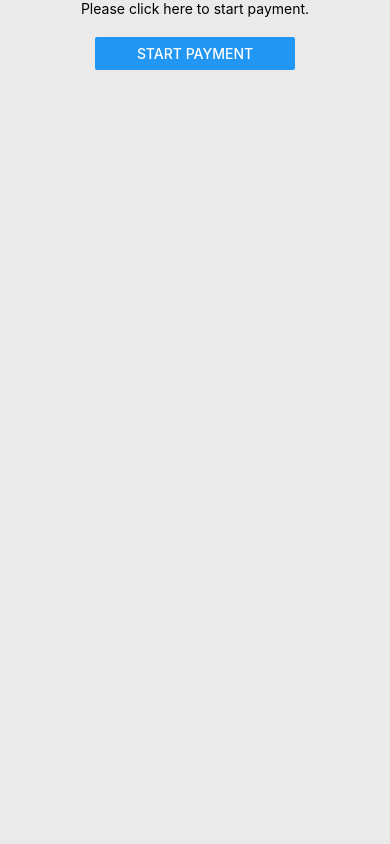
Repository: cashfree/pg-platform-custom-checkout
Screen: / (app in ReactNativeCustomCheckout/)
The author's editor kept a copy of each file at every save. The screen is drawn from the files as they stood at one save, then again after the next save.
The app was drawn by React Native's web renderer in a window 390 px wide. The project was rebuilt for these pictures with package versions that can differ from the ones it lists, and the page was loaded fresh each time.

Above is the screen before, as saved 2023-02-20 01:01:06.

After the next save:
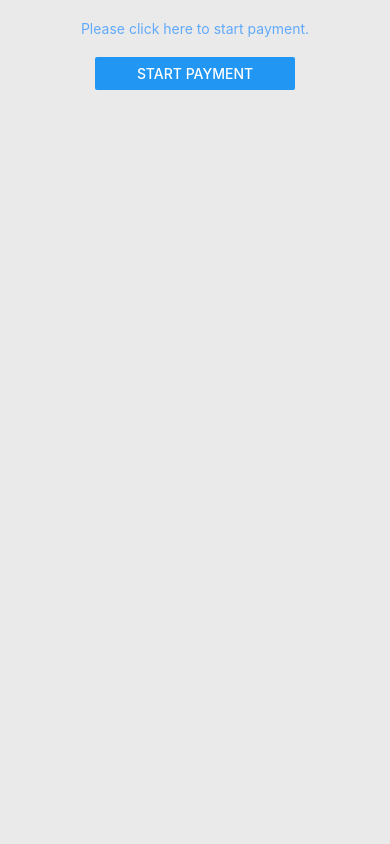
Saved 16 s later.
--- a/ReactNativeCustomCheckout/App.tsx
+++ b/ReactNativeCustomCheckout/App.tsx
@@ -21,7 +21,7 @@ function startCheckout() {
 function App(): JSX.Element {
   return (
     <View style={styles.container}>
-      <Text> Please click here to start payment. </Text>
+      <Text style={styles.text}> Please click here to start payment. </Text>
       <View style={styles.button}>
         <Button onPress={() => startCheckout()} title="Start Payment" />
       </View>
